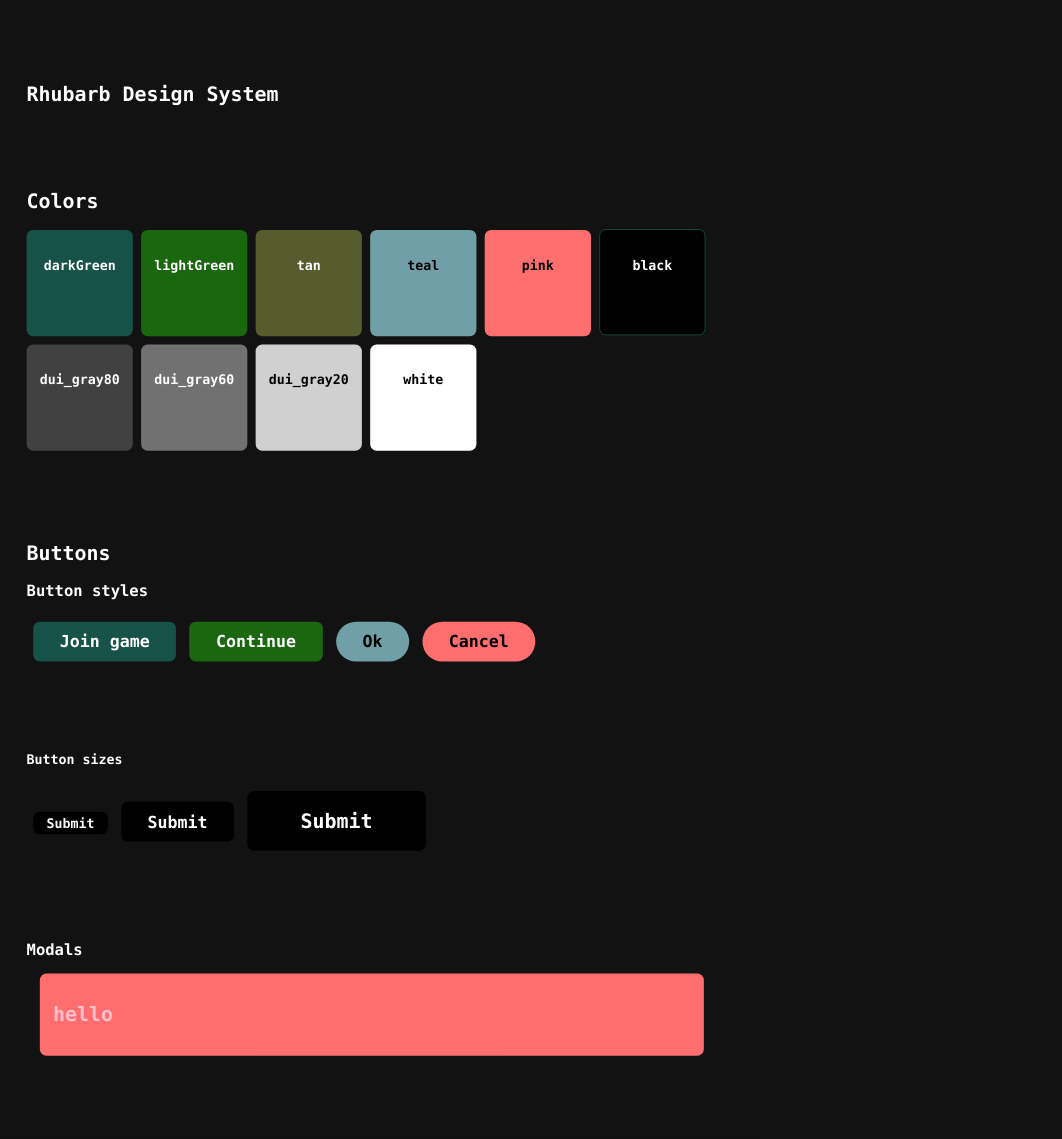
Repository: kttalley/designing-with-data_react-class
Page: / (app in lesson6_design-system-component-extension/)
These files come from the project's save history. The page is drawn as it stood at one moment and after a run of saves; the edit follows.
The browser window is 1280 px wide. The pictures show the whole page, at 83% of full size.
The project was rebuilt for these pictures with package versions that can differ from the ones it lists, and the page was loaded fresh each time. Imported but missing from the stored project, and not drawn on this page: lesson6_design-system-component-extension/src/Rhubarb/Input.

Above is the page before, as saved 2023-08-31 15:15:02.

After the next 2 saves:
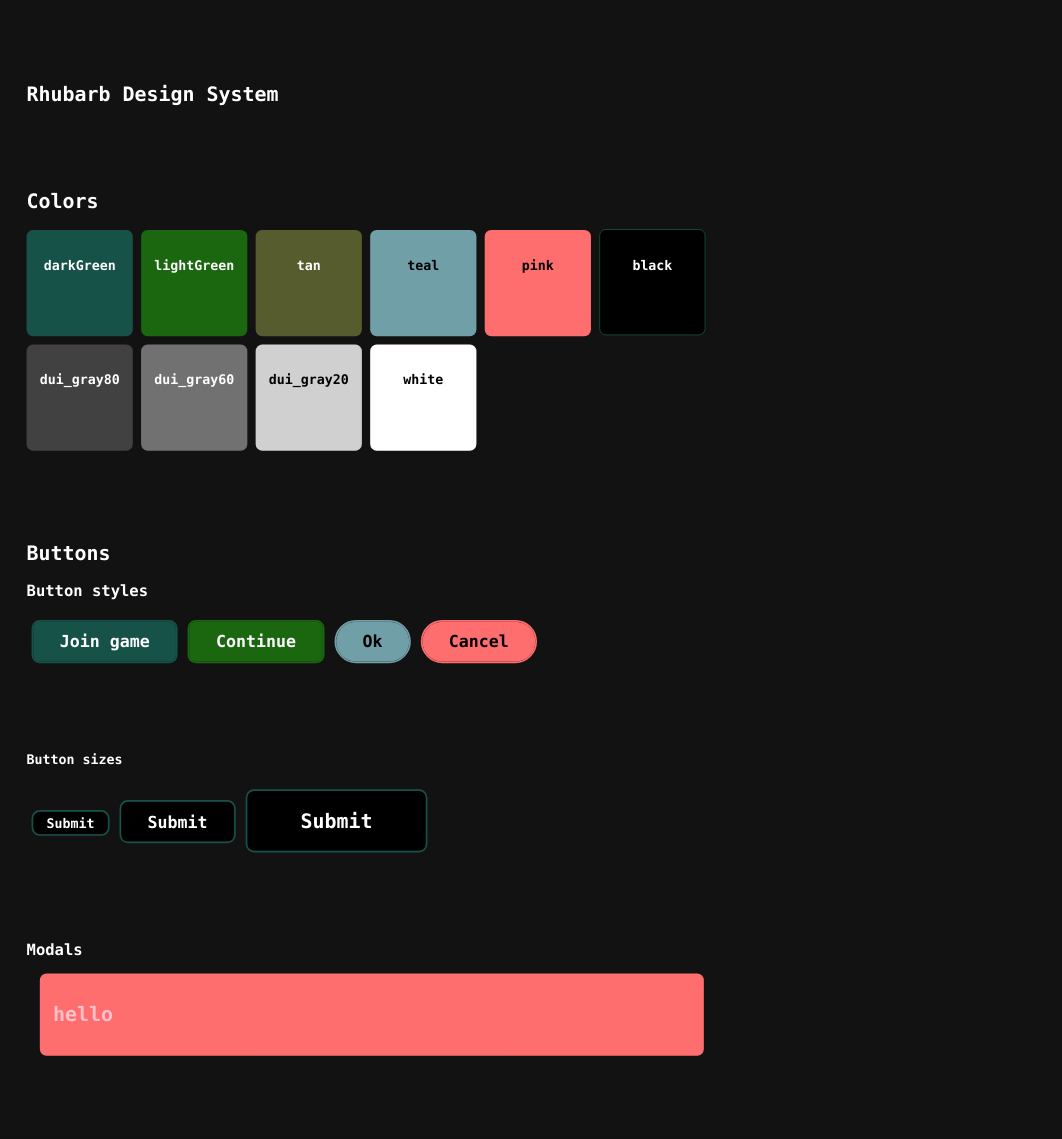
The 2 saves are shown as one change because 1 did not build or start.
The last was saved 46 s later.
--- a/lesson6_design-system-component-extension/src/Rhubarb/Button.js
+++ b/lesson6_design-system-component-extension/src/Rhubarb/Button.js
@@ -4,7 +4,7 @@ import styled, { css } from 'styled-components';
 export const Btn = styled.button`
   background-color: ${ props => color[props.color] ? color[props.color] : color.black };
   color: ${props => isDarkBackground(props.color) ? color.black : color.white};
-  outline: ${ props => color[props.color] ? color[props.color] : color.darkGreen };
+  outline: 2px solid ${ props => color[props.color] ? color[props.color] : color.darkGreen };
   border-radius: 8px;
   padding: ${space[3] + 'px'};
   margin: ${space[2] + 'px'};
